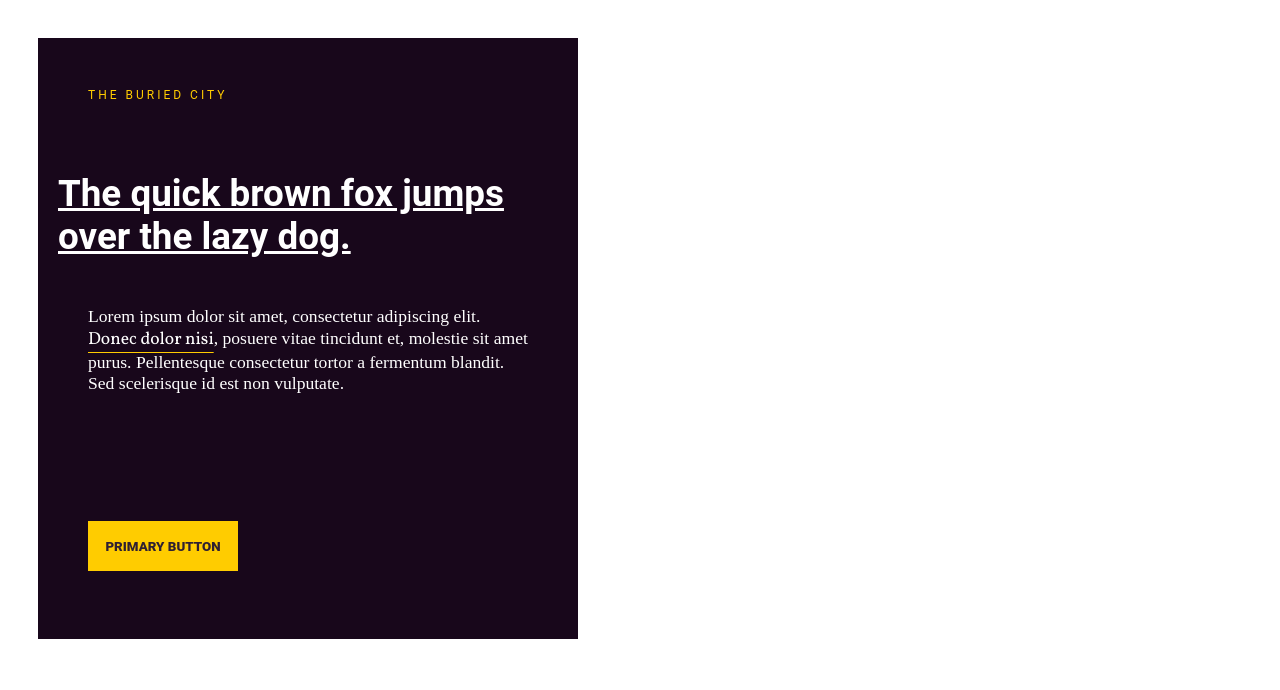
Repository: rafigabriel/TP2---Web-I
Page: ex03-css/index.html
The author's editor kept a copy of each file at every save. The page is drawn from the files as they stood at one save, then again after a run of saves.
The browser window is 1280 px wide. The pictures show the whole page.

Above is the page before, as saved 2024-09-09 18:09:04.

After the next 3 saves:
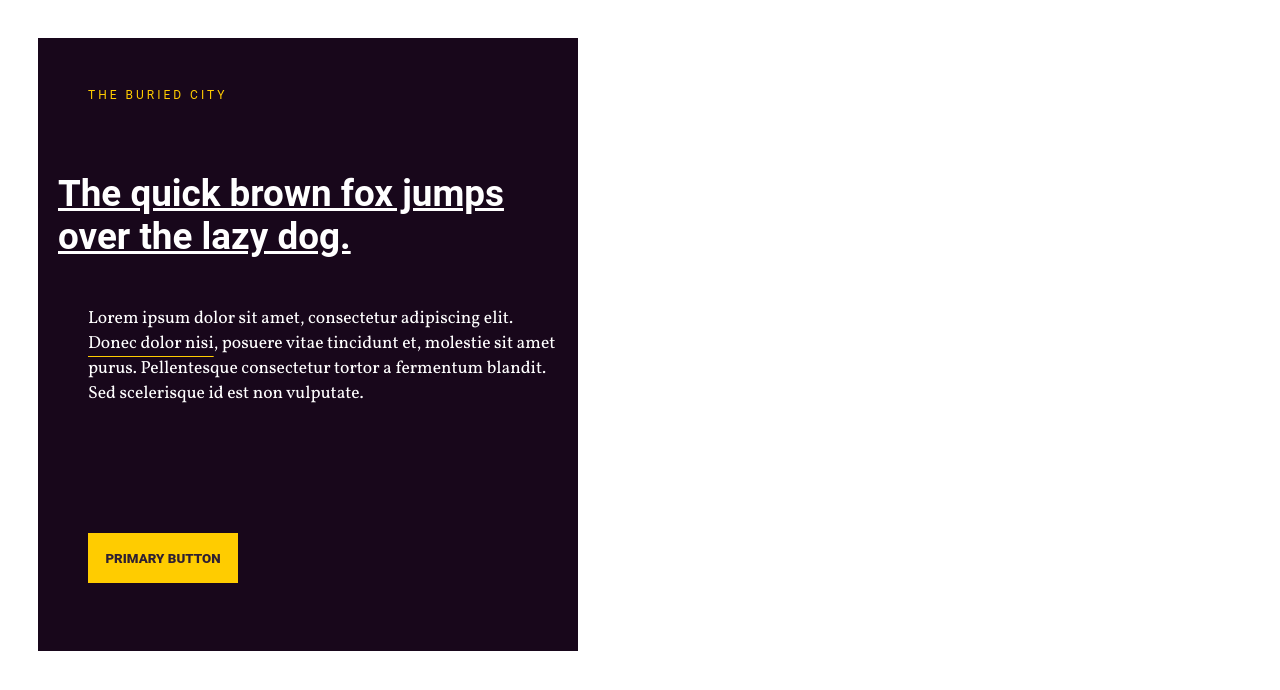
The 3 saves are shown as one change because they came seconds apart.
The last was saved 7 s later.
--- a/ex03-css/style.css
+++ b/ex03-css/style.css
@@ -22,7 +22,7 @@ h1{
 }
 p{
     padding: 30px;
-    padi
+    padding-right: 0;
     font-family: "Vollkorn", serif;
     font-weight: 400;
     font-style: normal;
